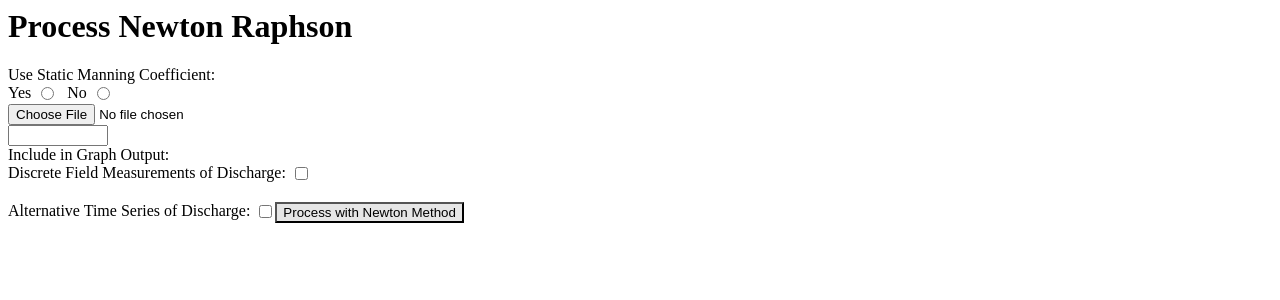
Repository: shape87/FloodAnalysis
Page: FloodAnalysis27/Web/templates/process.html
The author's editor kept a copy of each file at every save. The page is drawn from the files as they stood at one save, then again after the next save.
The browser window is 1280 px wide. The pictures show the whole page.

Above is the page before, as saved 2017-01-23 15:37:11.

After the next save:
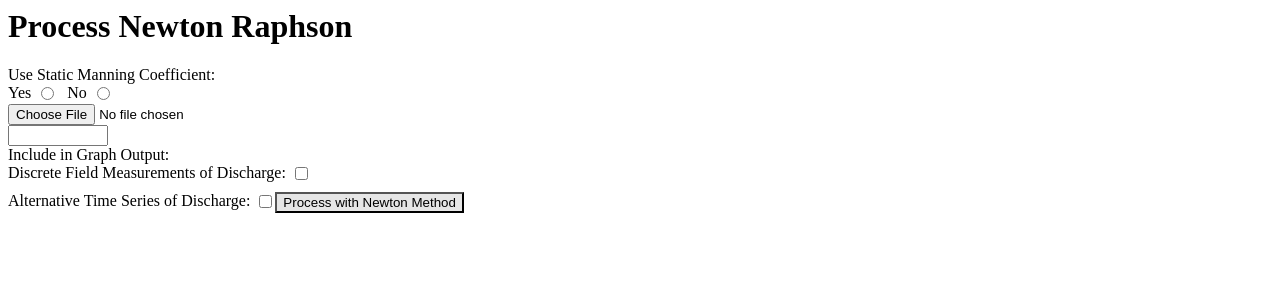
Saved 54 s later.
--- a/FloodAnalysis27/Web/templates/process.html
+++ b/FloodAnalysis27/Web/templates/process.html
@@ -31,7 +31,7 @@
 			  <input style="float:left" type="checkbox" name="manning" class="manning_radio" id="discrete_output" />
 		  </div>
 		  <br />
-		  <div style="margin-top: 10px">
+		  <div>
 			  <label style="float:left; margin-right: 5px">Alternative Time Series of Discharge:</label>
 			  <input style="float:left" type="checkbox" name="manning" class="manning_radio" id="alt_output" />
 		  </div>
